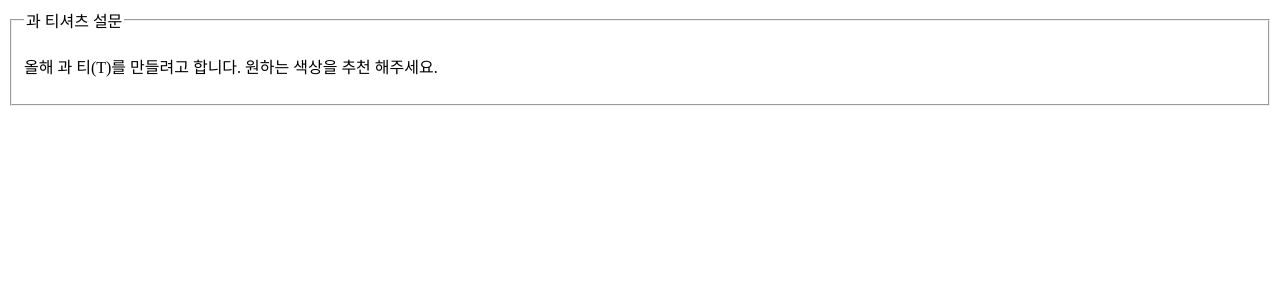
Repository: ygs3004/StudyHTML_CSS
Page: web project 01/src/main/webapp/chapter05/exam05_07.html
These files come from the project's save history. The page is drawn as it stood at one moment and after the next save; the edit follows.
The browser window is 1280 px wide. The pictures show the whole page.

Above is the page before, as saved 2022-08-05 05:30:23.

### web project 01/src/main/webapp/chapter05/exam05_07.html
<!DOCTYPE html>
<html>
<head>
<meta charset="UTF-8">
<title>Insert title here</title>
</head>
<body>
<fieldset>
<legend>과 티셔츠 설문</legend>
<p>올해 과 티(T)를 만들려고 합니다. 원하는 색상을 추천 해주세요.</p>
</fieldset>
</body>
</html>

After the next save:
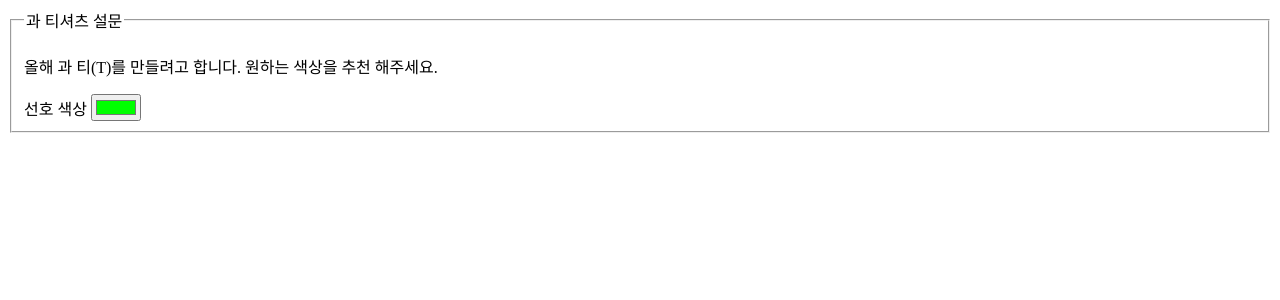
Saved 76 s later.
--- a/web project 01/src/main/webapp/chapter05/exam05_07.html
+++ b/web project 01/src/main/webapp/chapter05/exam05_07.html
@@ -8,6 +8,7 @@
 <fieldset>
 <legend>과 티셔츠 설문</legend>
 <p>올해 과 티(T)를 만들려고 합니다. 원하는 색상을 추천 해주세요.</p>
+선호 색상 <input type="color" value="#00ff00">
 </fieldset>
 </body>
 </html>
